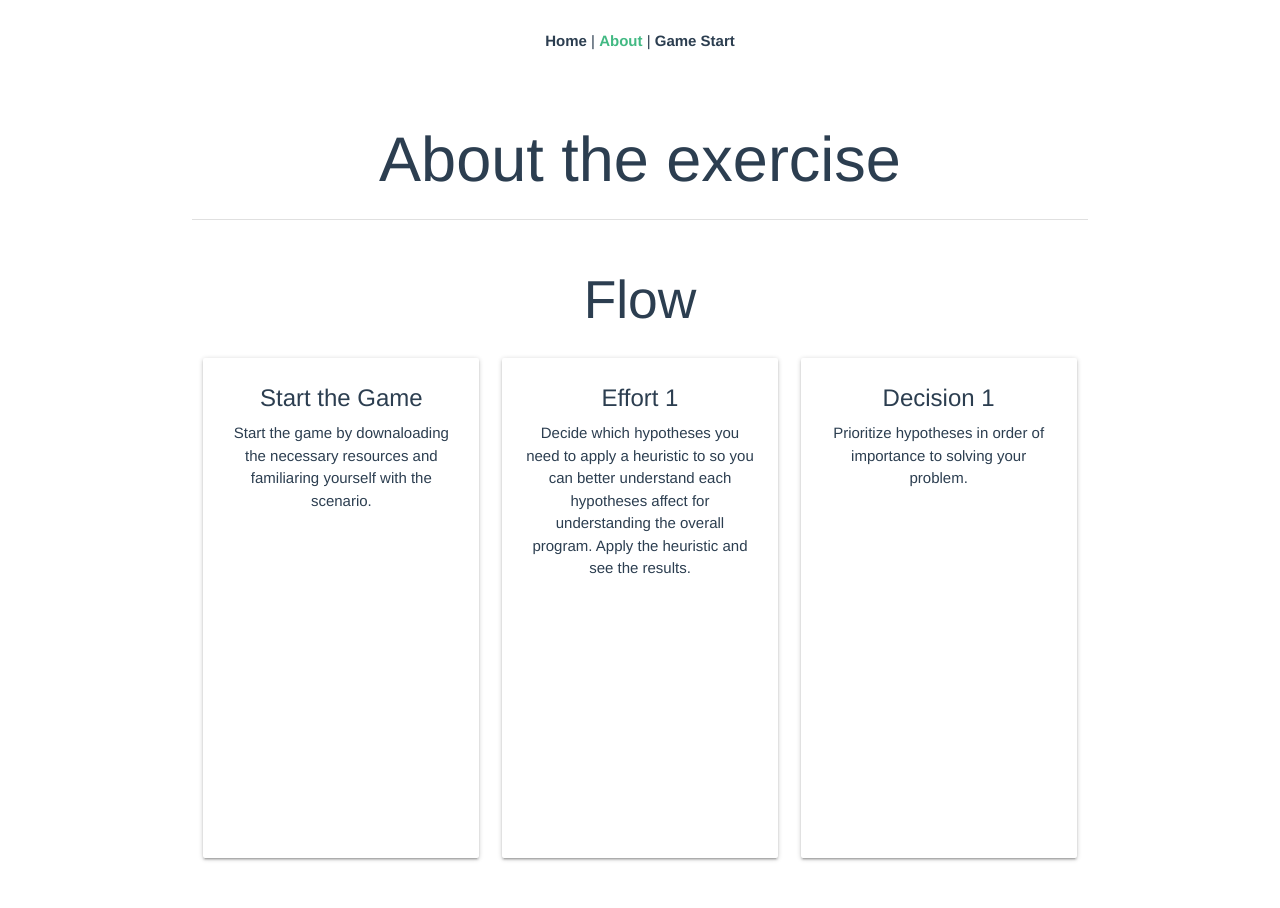
Repository: gallard28/posc4210app
Page: /#/about
The author's editor kept a copy of each file at every save. The page is drawn from the files as they stood at one save, then again after the next save.
The browser window is 1280 px wide. The pictures show the whole page.
The project was rebuilt for these pictures with package versions that can differ from the ones it lists, and the page was loaded fresh each time. Also part of the build but not shown: src/views/Home.vue, src/views/Start.vue.

Above is the page before, as saved 2020-09-20 18:22:30.

After the next save:
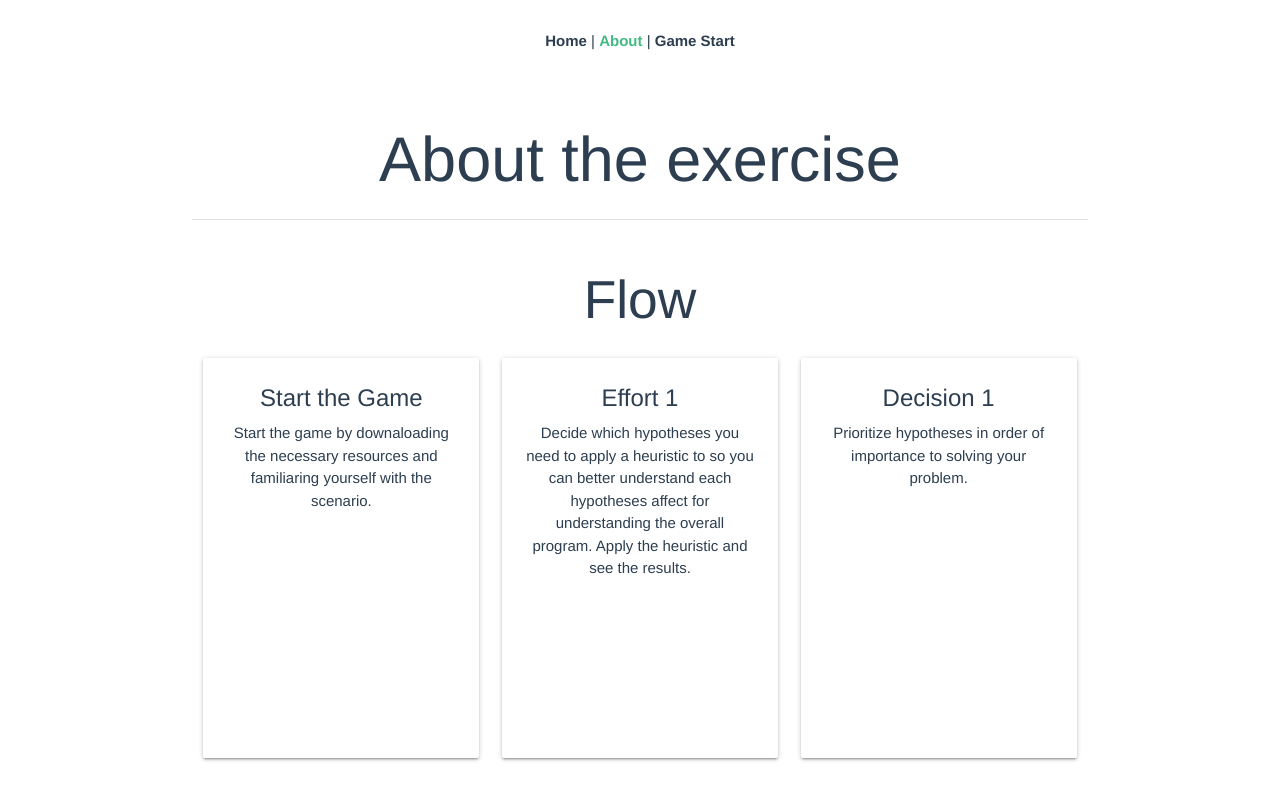
Saved 16 s later.
--- a/src/views/About.vue
+++ b/src/views/About.vue
@@ -9,7 +9,7 @@
       <div class="row">
         <!-- Card 1 -->
         <div class="col s12 m4">
-          <div class="card large">
+          <div class="card medium">
             <div class="card-content">
               <span class="card-title">Start the Game</span>
               <p>Start the game by downaloading the necessary resources and familiaring yourself with the scenario.</p>
@@ -18,7 +18,7 @@
         </div>
         <!-- Card 2 -->
         <div class="col s12 m4">
-          <div class="card large">
+          <div class="card medium">
             <div class="card-content">
               <span class="card-title">Effort 1</span>
               <p>Decide which hypotheses you need to apply a heuristic to so you can better understand each hypotheses affect for understanding the overall program. Apply the heuristic and see the results.</p>
@@ -27,7 +27,7 @@
         </div>
         <!-- Card 3 -->
         <div class="col s12 m4">
-          <div class="card large">
+          <div class="card medium">
             <div class="card-content">
               <span class="card-title">Decision 1</span>
               <p>Prioritize hypotheses in order of importance to solving your problem.</p>
